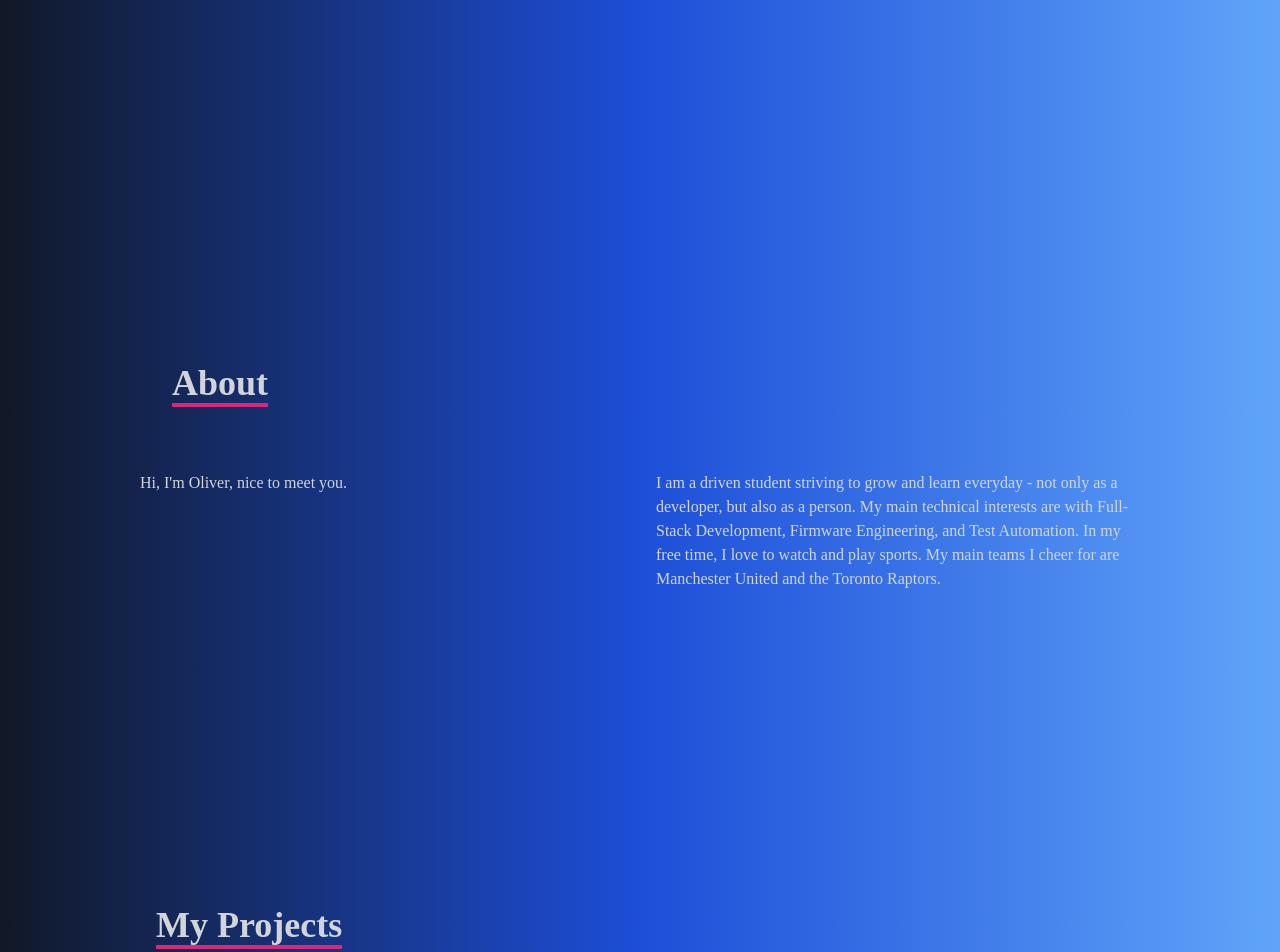
Repository: olichengus/Project-Portfolio
Page: /
An editor plug-in stored every save of this project. The page is shown before and after the next save, followed by the edit.
The browser window is 1280 px wide. The pictures show the part of the page from y = 603 to 1555 px (the page is 2160 px tall).
The project was rebuilt for these pictures with package versions that can differ from the ones it lists, and the page was loaded fresh each time.

Above is the page before, as saved 2024-02-10 00:34:13.

After the next save:
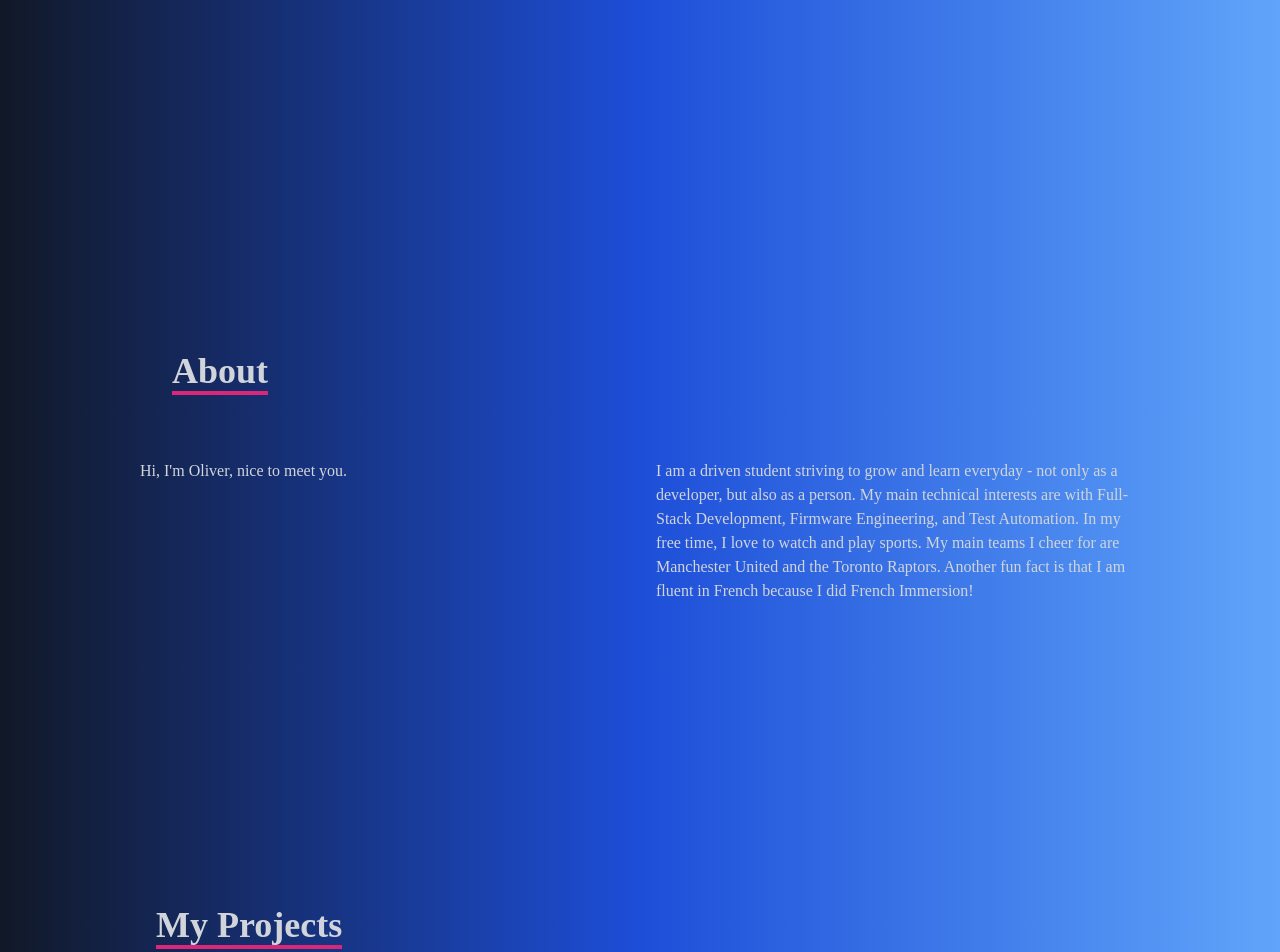
Saved 81 s later.
--- a/src/components/About.jsx
+++ b/src/components/About.jsx
@@ -15,7 +15,7 @@ const About = () => {
                         <p>Hi, I'm Oliver, nice to meet you.</p>
                     </div>
                     <div>
-                        I am a driven student striving to grow and learn everyday - not only as a developer, but also as a person. My main technical interests are with Full-Stack Development, Firmware Engineering, and Test Automation. In my free time, I love to watch and play sports. My main teams I cheer for are Manchester United and the Toronto Raptors.
+                        I am a driven student striving to grow and learn everyday - not only as a developer, but also as a person. My main technical interests are with Full-Stack Development, Firmware Engineering, and Test Automation. In my free time, I love to watch and play sports. My main teams I cheer for are Manchester United and the Toronto Raptors. Another fun fact is that I am fluent in French because I did French Immersion!
                     </div>
                 </div>
             </div>
